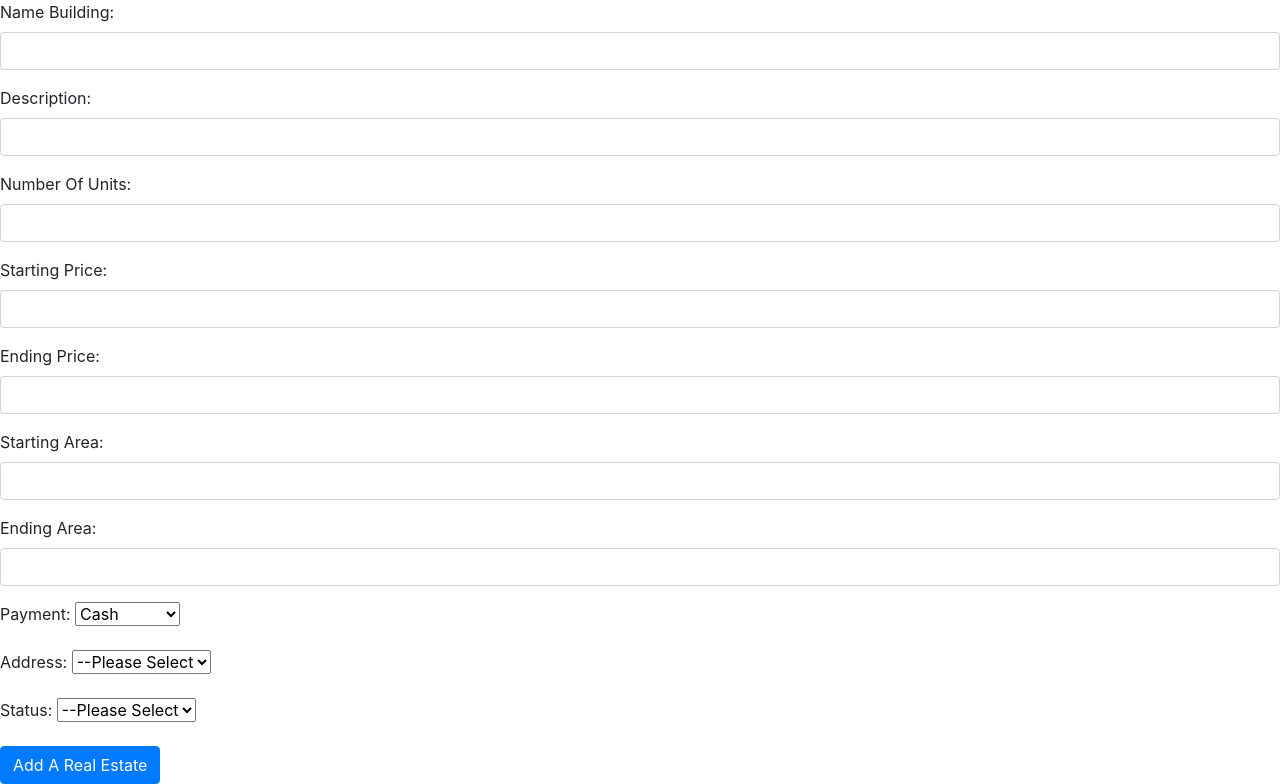
Repository: danaalhaji/realest
Page: http://localhost/realeast/WEB-INF/addEstate.jsp
The author's editor kept a copy of each file at every save. The page is drawn from the files as they stood at one save, then again after the next save.
The browser window is 1280 px wide. The pictures show the whole page.
Some web fonts or font styles are not loaded; a fallback is used. Some web libraries are served in a nearby version. The page is served by Tomcat 9. Nobody is signed in. Other server files are loaded and not shown. The template is opened directly, without the code that normally fills it, so the values that code supplies are empty.

Above is the page before, as saved 2022-11-22 23:19:01.

### realeast/src/main/webapp/WEB-INF/addEstate.jsp
<%@ page language="java" contentType="text/html; charset=ISO-8859-1"
    pageEncoding="ISO-8859-1"%>
<!-- c:out ; c:forEach etc. -->
<%@taglib uri="http://java.sun.com/jsp/jstl/core" prefix="c"%>
<!-- Formatting (dates) -->
<%@taglib uri="http://java.sun.com/jsp/jstl/fmt" prefix="fmt"%>
<!-- form:form -->
<%@ taglib prefix="form" uri="http://www.springframework.org/tags/form"%>
<!-- for rendering errors on PUT routes -->
<%@ page isErrorPage="true" %>
<!DOCTYPE html>
<html>
<head>
<meta charset="UTF-8">
<title>Real Estates Add</title>
<link rel="stylesheet" href="/webjars/bootstrap/css/bootstrap.min.css" />
</head>
<body>

    <form:form action="/company/estate/submit" method="post" modelAttribute="newEstate">
        <div class="form-group">
            <label>Name Building:</label>
            <form:input path="proName" class="form-control" />
            <form:errors path="proName" class="text-danger" />
        </div>
        <div class="form-group">
            <label>Description:</label>
            <form:input path="description" class="form-control" />
            <form:errors path="description" class="text-danger" />
        </div>
        <div class="form-group">
            <label>Number Of Units:</label>
            <form:input path="numberOfUnits" class="form-control" />
            <form:errors path="numberOfUnits" class="text-danger" />
        </div>
        <div class="form-group">
            <label>Starting Price:</label>
            <form:input path="satrtingPrice" class="form-control" />
            <form:errors path="satrtingPrice" class="text-danger" />
        </div>
        <div class="form-group">
            <label>Ending Price:</label>
            <form:input path="endingPrice" class="form-control" />
            <form:errors path="endingPrice" class="text-danger" />
        </div>
        <div class="form-group">
            <label>Starting Area:</label>
            <form:input path="satrtingArea" class="form-control" />
            <form:errors path="satrtingArea" class="text-danger" />
        </div>
        <div class="form-group">
            <label>Ending Area:</label>
            <form:input path="endingArea" class="form-control" />
            <form:errors path="endingArea" class="text-danger" />
        </div>
        <div class="form-group">
        <label>Payment:</label>
        <form:select name="payment" path="payment">
  			<form:option value="cash">Cash</form:option>
  			<form:option value="installment">Installment</form:option>
  			<form:errors path="payment" class="text-danger" />
		</form:select>
        </div>

         <div class="form-group">
            <label>Address:</label>
    			<form:select path="address">
     			<form:option value="-" label="--Please Select"/>
    		 	<form:options items="${enumValues}" />
				</form:select>
				<form:errors path="address" class="text-danger" />
  		</div>
  		 <div class="form-group">
            <label>Status:</label>
    			<form:select path="status">
     			<form:option value="-" label="--Please Select"/>
    		 	<form:options items="${enumValues}" />
				</form:select>
				<form:errors path="status" class="text-danger" />
  		</div>
        <input type="submit" value="Add A Real Estate" class="btn btn-primary" />
    </form:form>


</body>
</html>

### realeast/src/main/resources/static/css/style2.css
@charset "windows-1256";

@import url('https://fonts.googleapis.com/css2?family=Raleway:wght@100;500&display=swap');

:root {
	--primary-color: #41C2CB;
	--secondary-color: #80D6DC;
}

* {
	box-sizing: border-box;
}

body {
	background: #EDEDEE;
	display: flex;
	justify-content: center;
	align-items: center;
	flex-direction: column;
	font-family: 'Raleway', sans-serif;
	height: 100vh;
	margin: -20px 0 50px;
}

h1 {
	font-weight: bold;
	margin: 0;
}

h2 {
	text-align: center;
}

p {
	font-size: 14px;
	line-height: 20px;
	margin: 20px 0 30px;
}

a {
	color: #333;
	font-size: 14px;
	text-decoration: none;
	margin: 15px 0;
}

button {
	border-radius: 20px;
	background-color: #2eca6a;
	color: #FFFFFF;
	font-size: 12px;
	font-weight: bold;
	padding: 12px 45px;
	text-transform: uppercase;
	cursor: pointer;
	border: none;
}

button:hover {
	transform: scale(1.05);
}

button.signup_btn {
	background-color: transparent;
	border-color: #FFFFFF;
}

.registerForm {
	background-color: #FFFFFF;
	width: 50%;
	display: flex;
	align-items: center;
	justify-content: center;
	flex-direction: column;
	padding: 0 50px;
	height: 80vh;
	text-align: center;
	box-shadow: 0 3px 6px rgba(46, 202, 106, 0.4),
			0 3px 7px rgba(46, 202, 106, 0.4);
}

#newUser {
	width: 80%;
}
.specialInput {
	background-color: #EDEDEE;
	border: none;
	padding: 12px 15px;
	margin: 8px 0;
	width: 100%;
	border-radius: 5px;
}




.form {
	position: absolute;
	top: 0;
	height: 100%;
}

.sign-in-container {
	left: 0;
	width: 50%;
}

.overlay-container {
	position: absolute;
	top: 0;
	left: 50%;
	width: 50%;
	height: 100%;
	overflow: hidden;
}

.overlay {
	background: #41C2CB;
	background: linear-gradient(to right, var(--secondary-color), var(--primary-color));
	background-repeat: no-repeat;
	background-size: cover;
	background-position: 0 0;
	color: #FFFFFF;
	position: relative;
	left: -100%;
	height: 100%;
	width: 200%;
}

.overlay-panel {
	position: absolute;
	display: flex;
	align-items: center;
	justify-content: center;
	flex-direction: column;
	padding: 0 40px;
	text-align: center;
	top: 0;
	height: 100%;
	width: 50%;
}

.overlay-right {
	right: 0;
}

.social-container {
	margin: 20px 0;
}

.social-container a {
	border: 1px solid var(--primary-color);
	border-radius: 50%;
	display: inline-flex;
	justify-content: center;
	align-items: center;
	margin: 0 5px;
	height: 40px;
	width: 40px;
}
.social-container a:hover{
	transform: scale(1.08);
}

Loaded but not shown: realeast/src/main/resources/static/lib/bootstrap/css/bootstrap.min.css (library)

After the next save:
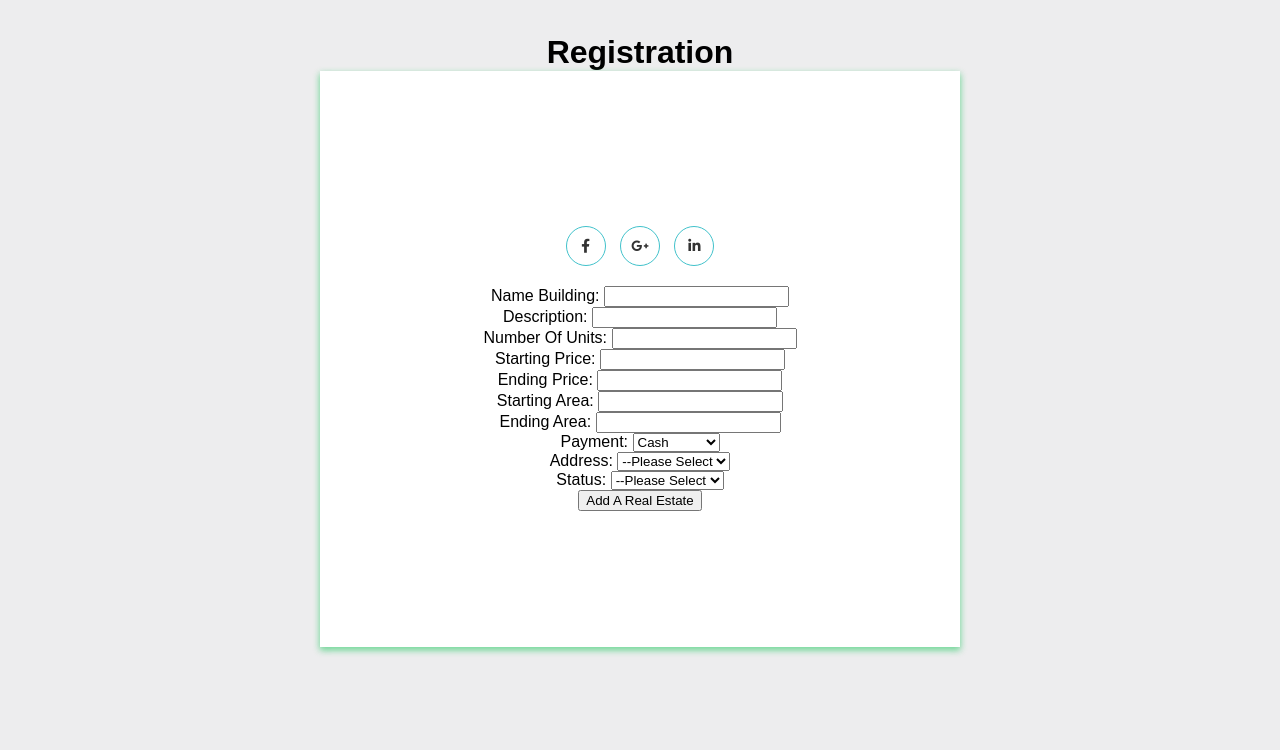
Saved 5 min 27 s later.
--- a/realeast/src/main/webapp/WEB-INF/addEstate.jsp
+++ b/realeast/src/main/webapp/WEB-INF/addEstate.jsp
@@ -1,5 +1,5 @@
 <%@ page language="java" contentType="text/html; charset=ISO-8859-1"
-    pageEncoding="ISO-8859-1"%>
+	pageEncoding="ISO-8859-1"%>
 <!-- c:out ; c:forEach etc. -->
 <%@taglib uri="http://java.sun.com/jsp/jstl/core" prefix="c"%>
 <!-- Formatting (dates) -->
@@ -7,16 +7,27 @@
 <!-- form:form -->
 <%@ taglib prefix="form" uri="http://www.springframework.org/tags/form"%>
 <!-- for rendering errors on PUT routes -->
-<%@ page isErrorPage="true" %>
+<%@ page isErrorPage="true"%>
 <!DOCTYPE html>
 <html>
 <head>
 <meta charset="UTF-8">
-<title>Real Estates Add</title>
-<link rel="stylesheet" href="/webjars/bootstrap/css/bootstrap.min.css" />
+<base href="/">
+
+<title>Realest</title>
+<link rel="stylesheet" type="text/css" href="css/style2.css">
+<link rel="stylesheet" type="text/css"
+	href="https://cdnjs.cloudflare.com/ajax/libs/font-awesome/5.14.0/css/all.min.css">
 </head>
 <body>
+<h1>Registration</h1>
+	<main class="registerForm">
 
+		<div class="social-container">
+			<a href="https://rpbloggers.com/"><i class="fab fa-facebook-f"></i></a>
+			<a href="https://rpbloggers.com/"><i class="fab fa-google-plus-g"></i></a>
+			<a href="https://rpbloggers.com/"><i class="fab fa-linkedin-in"></i></a>
+		</div>
     <form:form action="/company/estate/submit" method="post" modelAttribute="newEstate">
         <div class="form-group">
             <label>Name Building:</label>
@@ -80,7 +91,7 @@
   		</div>
         <input type="submit" value="Add A Real Estate" class="btn btn-primary" />
     </form:form>
-
+</main>
 
 </body>
 </html>
